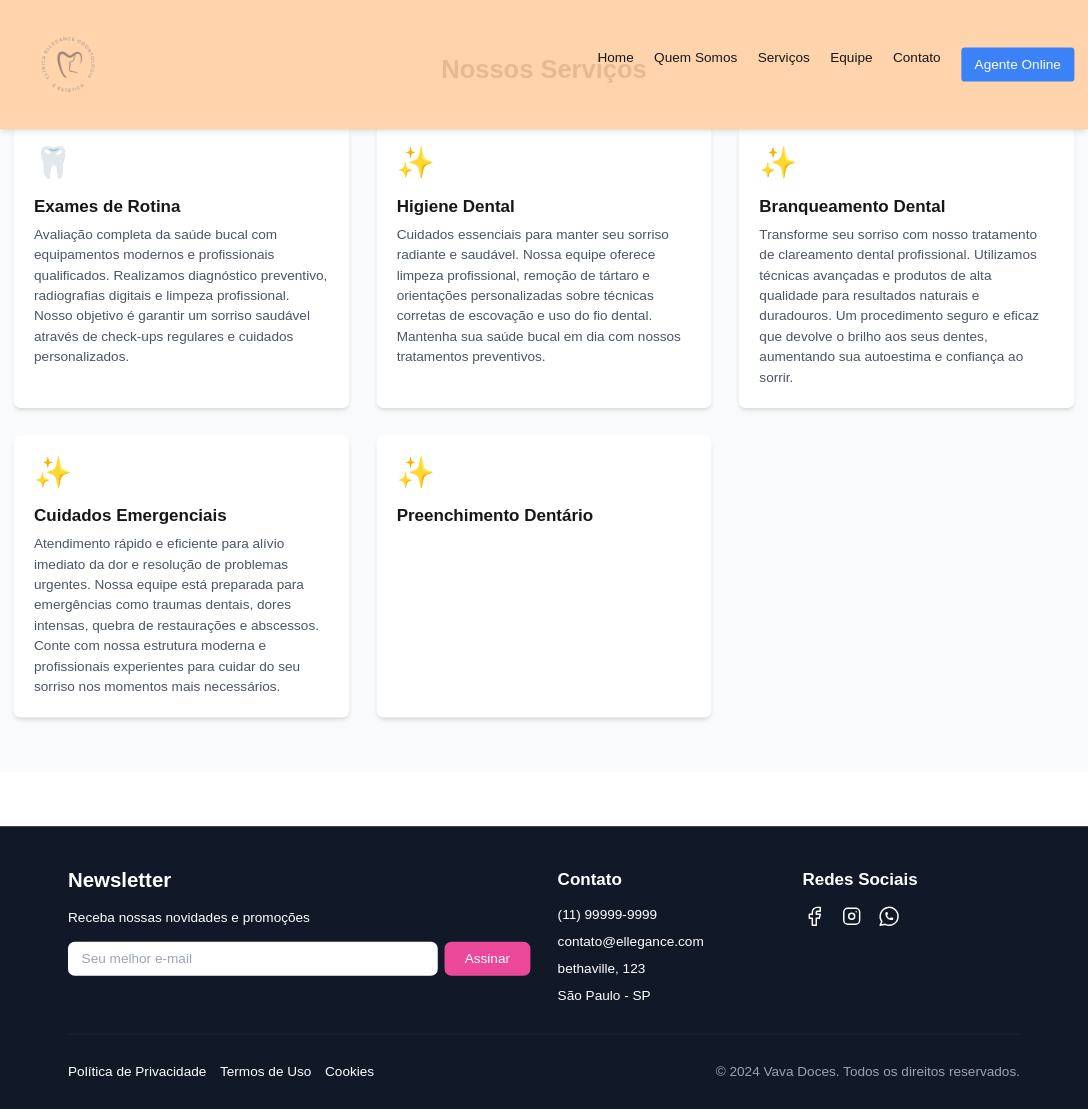
Repository: francisguitt/ellegance_odontologia
Page: /services_
These files come from the project's save history. The page is drawn as it stood at one moment and after a run of saves; the edit follows.
The browser window is 1280 px wide. The pictures show the whole page, at 85% of full size.
The project was rebuilt for these pictures with package versions that can differ from the ones it lists, and the page was loaded fresh each time. The framework's server and built-in components were replaced by stand-ins that run in the browser. Also part of the build but not shown: next.config.mjs.

Above is the page before, as saved 2025-02-22 12:45:48.

### src/app/layout.tsx
import type { Metadata } from "next";
import localFont from "next/font/local";
import "./globals.css";
import Header from "@/app/components/header";
import Footer from "@/app/components/footer";

const geistSans = localFont({
  src: "./fonts/GeistVF.woff",
  variable: "--font-geist-sans",
  weight: "100 900",
});
const geistMono = localFont({
  src: "./fonts/GeistMonoVF.woff",
  variable: "--font-geist-mono",
  weight: "100 900",
});

export const metadata: Metadata = {
  title: "Create Next App",
  description: "Generated by create next app",
};

export default function RootLayout({
  children,
}: Readonly<{
  children: React.ReactNode;
}>) {
  return (
    <html lang="en">
      <body
        className={`${geistSans.variable} ${geistMono.variable} antialiased`}
      >
      <Header/>
        {children}
        <Footer/>
      </body>
    </html>
  );
}

### src/app/services_/page.tsx
const Services = () => {
    const services = [
      {
        title: 'Exames de Rotina',
        description: 'Avaliação completa da saúde bucal com equipamentos modernos e profissionais qualificados. Realizamos diagnóstico preventivo, radiografias digitais e limpeza profissional. Nosso objetivo é garantir um sorriso saudável através de check-ups regulares e cuidados personalizados.',
        icon: '🦷'
      },
      {
        title: 'Higiene Dental',
        description: 'Cuidados essenciais para manter seu sorriso radiante e saudável. Nossa equipe oferece limpeza profissional, remoção de tártaro e orientações personalizadas sobre técnicas corretas de escovação e uso do fio dental. Mantenha sua saúde bucal em dia com nossos tratamentos preventivos.',
        icon: '✨'
      },
      {
        title: 'Branqueamento Dental',
        description: 'Transforme seu sorriso com nosso tratamento de clareamento dental profissional. Utilizamos técnicas avançadas e produtos de alta qualidade para resultados naturais e duradouros. Um procedimento seguro e eficaz que devolve o brilho aos seus dentes, aumentando sua autoestima e confiança ao sorrir.',
        icon: '✨'
      },
      {
        title: 'Cuidados Emergenciais',
        description: 'Atendimento rápido e eficiente para alívio imediato da dor e resolução de problemas urgentes. Nossa equipe está preparada para emergências como traumas dentais, dores intensas, quebra de restaurações e abscessos. Conte com nossa estrutura moderna e profissionais experientes para cuidar do seu sorriso nos momentos mais necessários.',
        icon: '✨'
      },
      {
        title: 'Preenchimento Dentário',
        description: '',
        icon: '✨'
      },
    ];

    return (
      <section id="services" className="py-16 bg-gray-50">
        <div className="container mx-auto px-4">
          <h2 className="text-3xl font-bold text-center mb-12">Nossos Serviços</h2>
          <div className="grid grid-cols-1 md:grid-cols-3 gap-8">
            {services.map((service, index) => (
              <div key={index} className="bg-white p-6 rounded-lg shadow-md">
                <div className="text-4xl mb-4">{service.icon}</div>
                <h3 className="text-xl font-semibold mb-2">{service.title}</h3>
                <p className="text-gray-600">{service.description}</p>
              </div>
            ))}
          </div>
        </div>
      </section>
    );
  };

  export default Services;

### src/app/globals.css
@tailwind base;
@tailwind components;
@tailwind utilities;

:root {
  --primary-color:#ffcfa3e3;
  --secundary-color: #ffd079;
  --foreground: #171717;
}

@media (prefers-color-scheme: dark) {
  :root {

  }

  }


body {
  color: var(--foreground);
  background: var(--background);
  font-family: Arial, Helvetica, sans-serif;
}

@layer utilities {
  .text-balance {
    text-wrap: balance;
  }
}

### src/app/components/header.tsx


"use client";
import { useState } from 'react';
import { Link } from 'react-scroll';
import Image from 'next/image';
import logo from "@/images/logo_odonto.png";
import { IconMenu2, IconX } from '@tabler/icons-react';

const Header = () => {
  const [isMenuOpen, setIsMenuOpen] = useState(false);

  const toggleMenu = () => {
    setIsMenuOpen(!isMenuOpen);
  };

  const menuItems = [
    { to: "home", label: "Home" },
    { to: "about", label: "Quem Somos" },
    { to: "services", label: "Serviços" },
    { to: "team", label: "Equipe" },
    { to: "contact", label: "Contato" },
  ];

  return (
    <header className="fixed w-full  shadow-md z-50 bg-[var(--primary-color)]">
      <div className="container mx-auto px-4 py-3 flex justify-between items-center text-center">
        <div className="logo">
          <Image
            src={logo}
            alt="Ellegance Dental"
            className="w-32 h-32 text-color-white"
          />
        </div>

        {/* Desktop Navigation */}
        <nav className="hidden md:flex space-x-6">
          {menuItems.map((item) => (
            <Link
              key={item.to}
              to={item.to}
              smooth={true}
              className="cursor-pointer hover:text-blue-500 transition-colors"
            >
              {item.label}
            </Link>
          ))}
          <button className="bg-blue-500 text-white px-4 py-2 rounded hover:bg-blue-600 transition-colors">
            Agente Online
          </button>
        </nav>

        {/* Mobile Menu Button */}
        <button
          onClick={toggleMenu}
          className="md:hidden text-gray-600 hover:text-blue-500 transition-colors"
        >
          {isMenuOpen ? <IconX size={24} /> : <IconMenu2 size={24} />}
        </button>
      </div>

      {/* Mobile Navigation */}
      <nav className={`
        md:hidden bg-white
        transition-all duration-300 ease-in-out
        ${isMenuOpen ? 'max-h-96 opacity-100' : 'max-h-0 opacity-0'}
        overflow-hidden
      `}>
        <div className="container mx-auto px-4 py-2 flex flex-col space-y-4">
          {menuItems.map((item) => (
            <Link
              key={item.to}
              to={item.to}
              smooth={true}
              className="cursor-pointer hover:text-blue-500 transition-colors py-2"
              onClick={() => setIsMenuOpen(false)}
            >
              {item.label}
            </Link>
          ))}
          <button className="bg-blue-500 text-white px-4 py-2 rounded hover:bg-blue-600 transition-colors w-full">
            Agente Online
          </button>
        </div>
      </nav>
    </header>
  );
};

export default Header;

### src/app/components/footer.tsx
'use client'
import { useState } from 'react'
import {
  IconBrandFacebook,
  IconBrandInstagram,
  IconBrandWhatsapp,
  IconMail
} from '@tabler/icons-react'

function Footer() {
  const [email, setEmail] = useState('')

  const handleSubmit = (e: React.FormEvent) => {
    e.preventDefault()
    setEmail('')
  }

  return (
    <footer className="bg-gray-900 text-white pt-12 mt-16">
      <div className="max-w-6xl mx-auto px-4">
        <div className="grid grid-cols-1 md:grid-cols-4 gap-8 pb-8">
          <div className="col-span-1 md:col-span-2">
            <h3 className="text-2xl font-bold mb-4">Newsletter</h3>
            <p className="mb-4">Receba nossas novidades e promoções</p>
            <form onSubmit={handleSubmit} className="flex gap-2">
              <input
                type="email"
                value={email}
                onChange={(e) => setEmail(e.target.value)}
                placeholder="Seu melhor e-mail"
                className="flex-1 px-4 py-2 rounded-lg text-gray-900"
                required
              />
              <button
                type="submit"
                className="bg-pink-500 px-6 py-2 rounded-lg hover:bg-pink-600 transition"
              >
                Assinar
              </button>
            </form>
          </div>

          <div>
            <h3 className="text-xl font-bold mb-4">Contato</h3>
            <ul className="space-y-2">
              <li>
                <a href="tel:+5511999999999" className="hover:text-pink-400">
                  (11) 99999-9999
                </a>
              </li>
              <li>
                <a href="mailto:contato@elleganceodontologia.com" className="hover:text-pink-400">
                  contato@ellegance.com
                </a>
              </li>
              <li>bethaville, 123</li>
              <li>São Paulo - SP</li>
            </ul>
          </div>

          <div>
            <h3 className="text-xl font-bold mb-4">Redes Sociais</h3>
            <div className="flex gap-4">
              <a href="https://facebook.com" target="_blank" rel="noopener noreferrer"
                className="hover:text-pink-400 transition">
                <IconBrandFacebook size={28} stroke={1.5} />
              </a>
              <a href="https://instagram.com" target="_blank" rel="noopener noreferrer"
                className="hover:text-pink-400 transition">
                <IconBrandInstagram size={28} stroke={1.5} />
              </a>
              <a href="https://wa.me/5511999999999" target="_blank" rel="noopener noreferrer"
                className="hover:text-pink-400 transition">
                <IconBrandWhatsapp size={28} stroke={1.5} />
              </a>
            </div>
          </div>
        </div>

        <div className="border-t border-gray-800 py-8">
          <div className="flex flex-col md:flex-row justify-between items-center">
            <div className="flex gap-4 mb-4 md:mb-0">
              <a href="/politica-privacidade" className="hover:text-pink-400 transition">
                Política de Privacidade
              </a>
              <a href="/termos-uso" className="hover:text-pink-400 transition">
                Termos de Uso
              </a>
              <a href="/cookies" className="hover:text-pink-400 transition">
                Cookies
              </a>
            </div>
            <p className="text-gray-400">
              © {new Date().getFullYear()} Vava Doces. Todos os direitos reservados.
            </p>
          </div>
        </div>
      </div>
    </footer>
  )
}
export default Footer;

Loaded but not shown: tailwind.config.ts (common file)

After the next 5 saves:
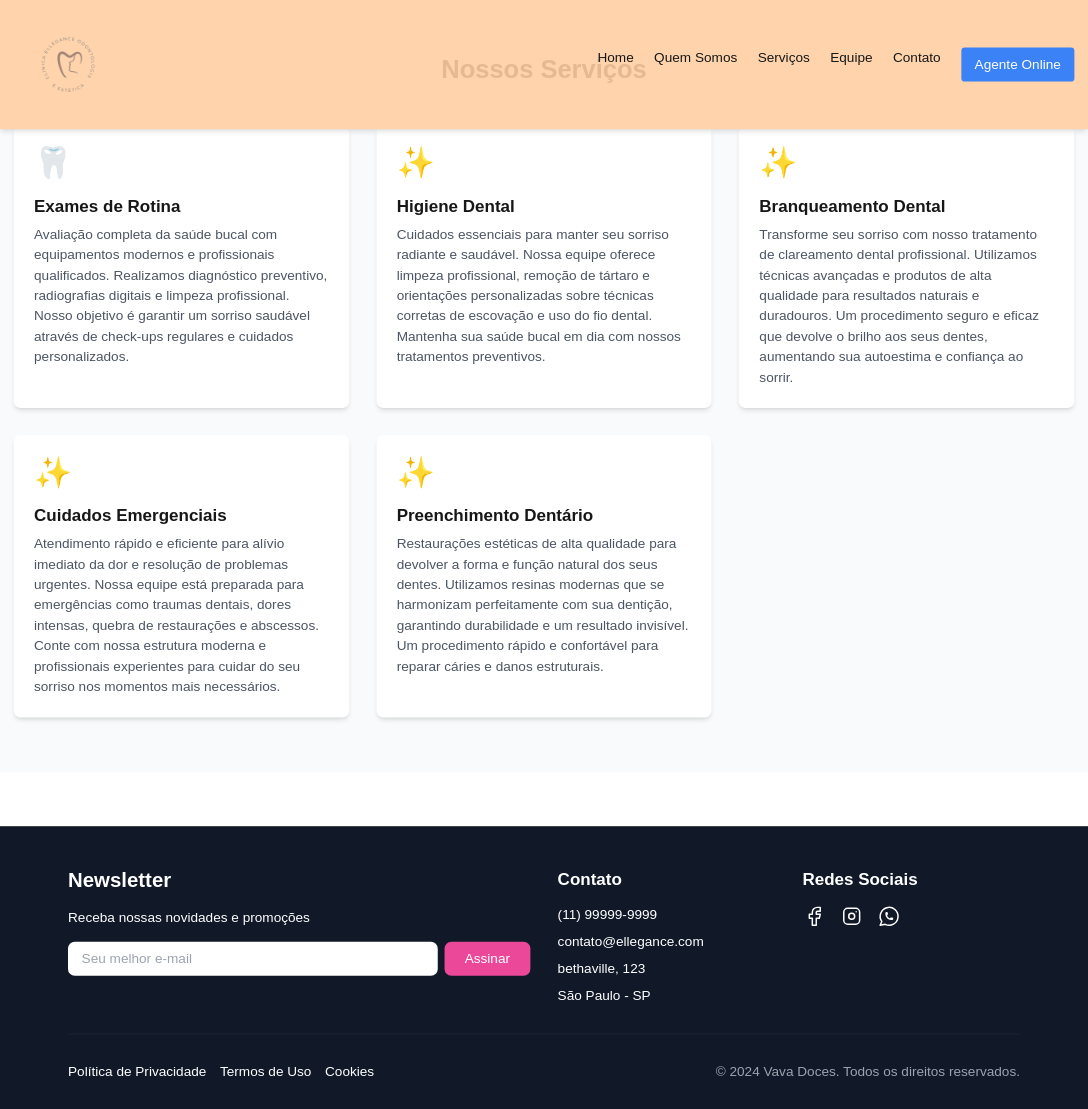
The 5 saves are shown as one change because 3 did not build or start and some came seconds apart.
The last was saved 32 s later.
--- a/src/app/services_/page.tsx
+++ b/src/app/services_/page.tsx
@@ -22,7 +22,7 @@ const Services = () => {
       },
       {
         title: 'Preenchimento Dentário',
-        description: '',
+        description: 'Restaurações estéticas de alta qualidade para devolver a forma e função natural dos seus dentes. Utilizamos resinas modernas que se harmonizam perfeitamente com sua dentição, garantindo durabilidade e um resultado invisível. Um procedimento rápido e confortável para reparar cáries e danos estruturais.',
         icon: '✨'
       },
     ];
